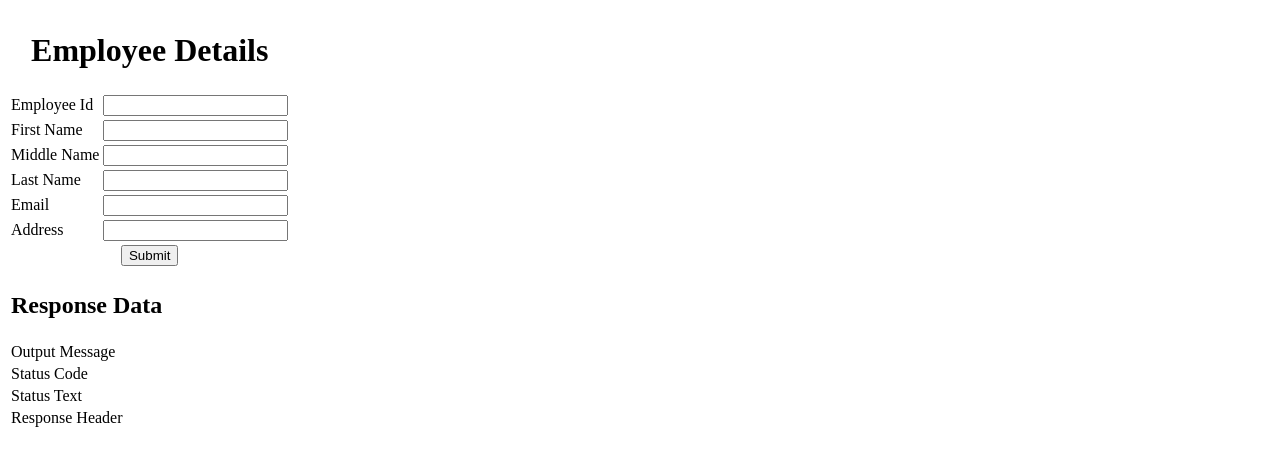
Repository: srjainapur/CRUD_Operation_With_Angular_Springboot
Page: angular-spring-demo/src/main/resources/static/post_data.html
These files come from the project's save history. The page is drawn as it stood at one moment and after the next save; the edit follows.
The browser window is 1280 px wide. The pictures show the whole page.
Some web libraries are served in a nearby version.

Above is the page before, as saved 2020-06-25 14:04:58.

### angular-spring-demo/src/main/resources/static/post_data.html
<!DOCTYPE html>
<html>
	<head>
		<title>
			AngularJs $http.post() Service Response Example
		</title>
		<script src="http://ajax.googleapis.com/ajax/libs/angularjs/1.4.8/angular.min.js"></script>
		<script type="text/javascript">
			var mainApp = angular.module('postserviceApp', []);
			mainApp.controller('postServiceControl', function($scope, $http) {
				$scope.empId = null;
				$scope.firstName = null;
				$scope.lastName = null;
				$scope.middleName = null;
				$scope.email = null;
				$scope.address = null;

				$scope.postData = function(empId, firstName, middleName, lastName, email, address) {
					var data = {
						empId : empId,
						firstName : firstName,
						middleName : middleName,
						lastName : lastName,
						email : email,
						address : address
					};

					// Call the service
					$http.post('employee/postData', JSON.stringify(data)).then(
						function(response) {
							if(response.data) {
								$scope.msg = "Employee Data submitted successfully";
							}
						},

						function(response) {
							$scope.msg = "service does not exist";
							$scope.statusval = response.status;
							$scope.statustext = response.statusText;
							$scope.headers = response.headers();
						}
					);
				};
			});
		</script>
	</head>
	<body>
		<div ng-app="postserviceApp" ng-controller="postServiceControl">
			<table>
				<tr>
					<th colspan="2" align="middle"><h1>Employee Details</h1></th>
				</tr>
				<tr>
					<td>Employee Id</td>
					<td><input name="empId" ng-model="empId" type="text" size="20"/></td>
				</tr>
				<tr>
					<td>First Name</td>
					<td><input name="firstName" ng-model="firstName" type="text" size="20"/></td>
				</tr>
				<tr>
					<td>Middle Name</td>
					<td><input name="middleName" ng-model="middleName" type="text" size="20"/></td>
				</tr>
				<tr>
					<td>Last Name</td>
					<td><input name="lastName" ng-model="lastName" type="text" size="20"/></td>
				</tr>
				<tr>
					<td>Email</td>
					<td><input name="email" ng-model="email" type="text" size="20"/></td>
				</tr>
				<tr>
					<td>Address</td>
					<td><input name="address" ng-model="address" type="text" size="20"/></td>
				</tr>
				<tr>
					<td colspan="2" align="middle">
						<input type="button" value="Submit" ng-click="postData(empId, firstName, middleName, lastName, email, address)">
					</td>
				</tr>
			</table>

			<table>
				<tr>
					<th colspan="2" align="middle"><h2>Response Data</h2></th>
				</tr>
				<tr>
					<td>Output Message</td>
					<td>{{msg}}</td>
				</tr>
				<tr>
					<td>Status Code</td>
					<td>{{statusval}} </td>
				</tr>
				<tr>
					<td>Status Text</td>
					<td>{{statustext}}</td>
				</tr>
				<tr>
					<td>Response Header</td>
					<td>{{headers}}</td>
				</tr>
			</table>
		</div>
	</body>

</html>

After the next save:
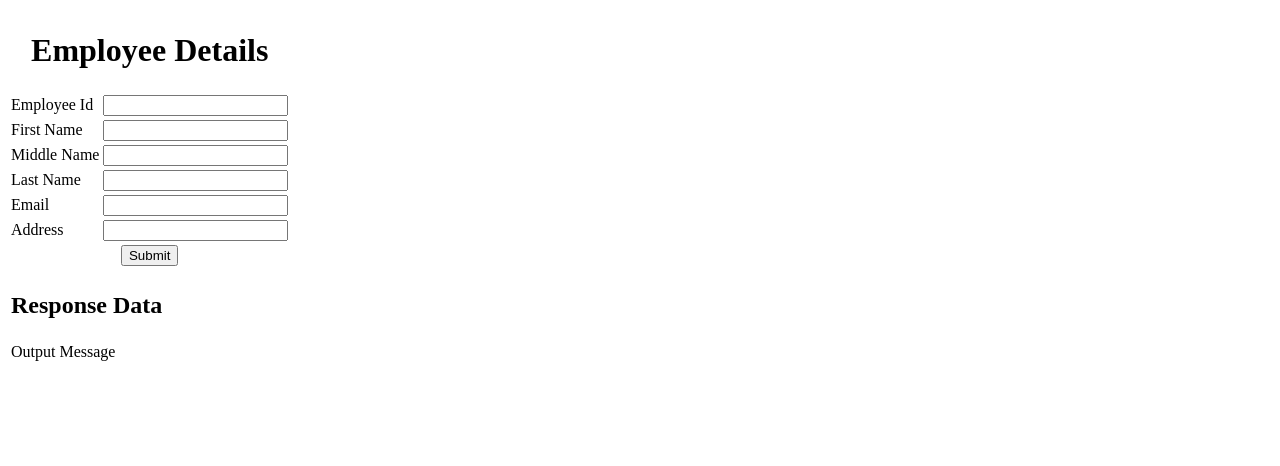
Saved 38 s later.
--- a/angular-spring-demo/src/main/resources/static/post_data.html
+++ b/angular-spring-demo/src/main/resources/static/post_data.html
@@ -89,18 +89,6 @@
 					<td>Output Message</td>
 					<td>{{msg}}</td>
 				</tr>
-				<tr>
-					<td>Status Code</td>
-					<td>{{statusval}} </td>
-				</tr>
-				<tr>
-					<td>Status Text</td>
-					<td>{{statustext}}</td>
-				</tr>
-				<tr>
-					<td>Response Header</td>
-					<td>{{headers}}</td>
-				</tr>
 			</table>
 		</div>
 	</body>
